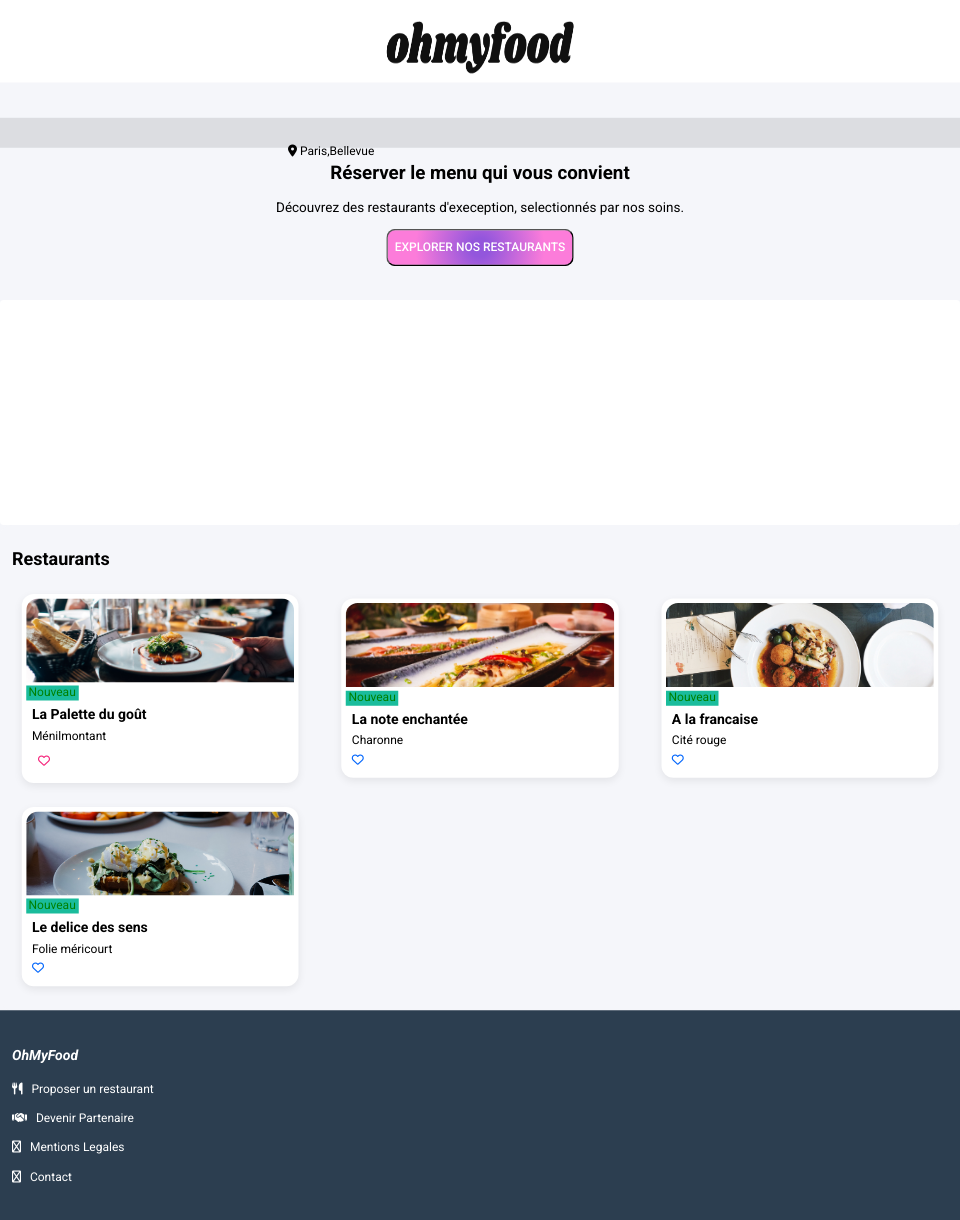
Repository: ultraasedev/ohmyfood
Page: index.html
These files come from the project's save history. The page is drawn as it stood at one moment and after the next save; the edit follows.
The browser window is 1280 px wide. The pictures show the whole page, at 75% of full size.
Some web fonts or font styles are not loaded; a fallback is used. Some web libraries are served in a nearby version.

Above is the page before, as saved 2022-10-27 18:25:41.

After the next save:
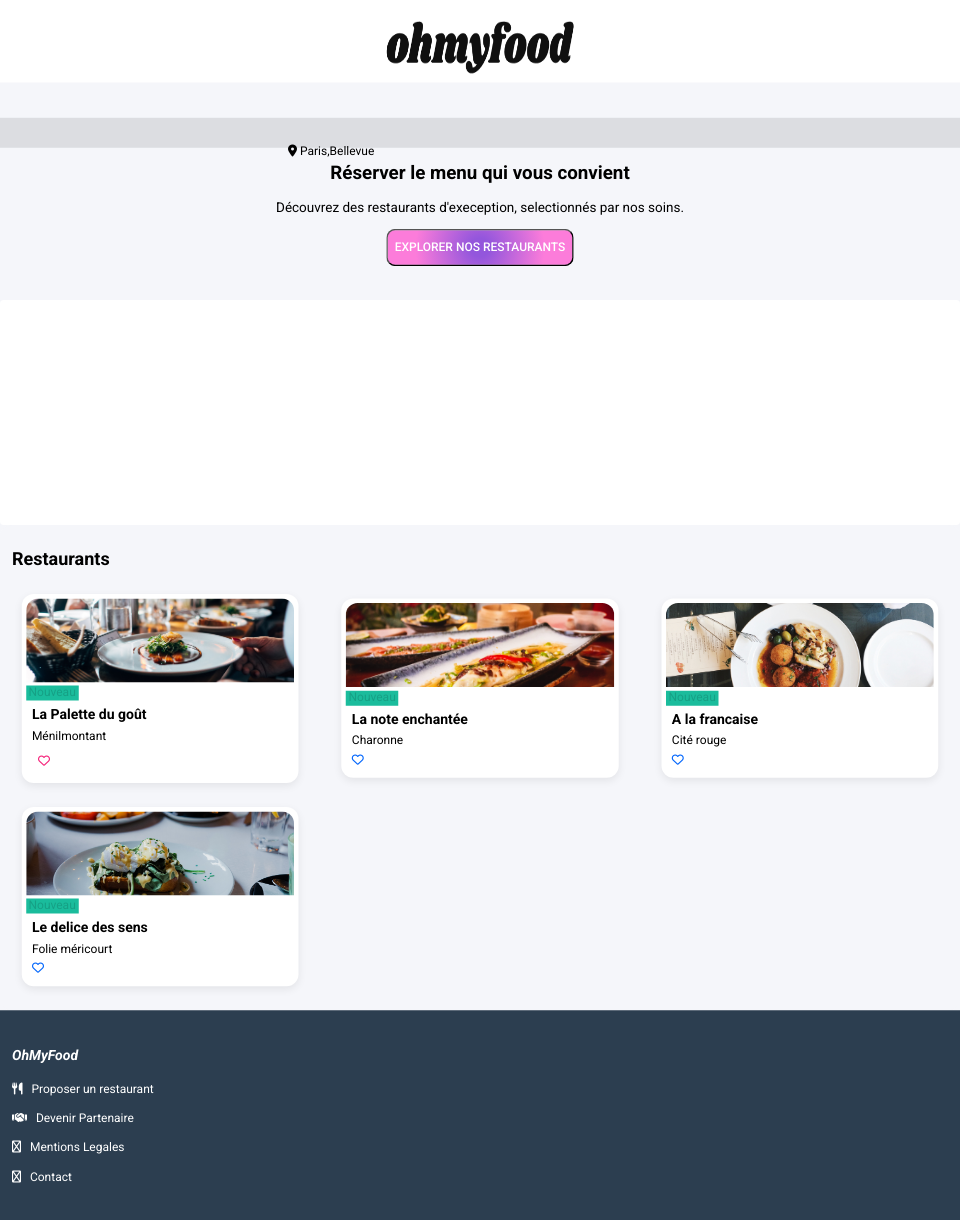
Saved 13 s later.
--- a/css/style.css
+++ b/css/style.css
@@ -144,7 +144,7 @@ header{
 }
 .cont-art .resto-card .new{
   background-color: #1abc9c;
-  color: green;
+  color: #16a085;
   height: 20px;
   width: 70px;
   text-align: center;
